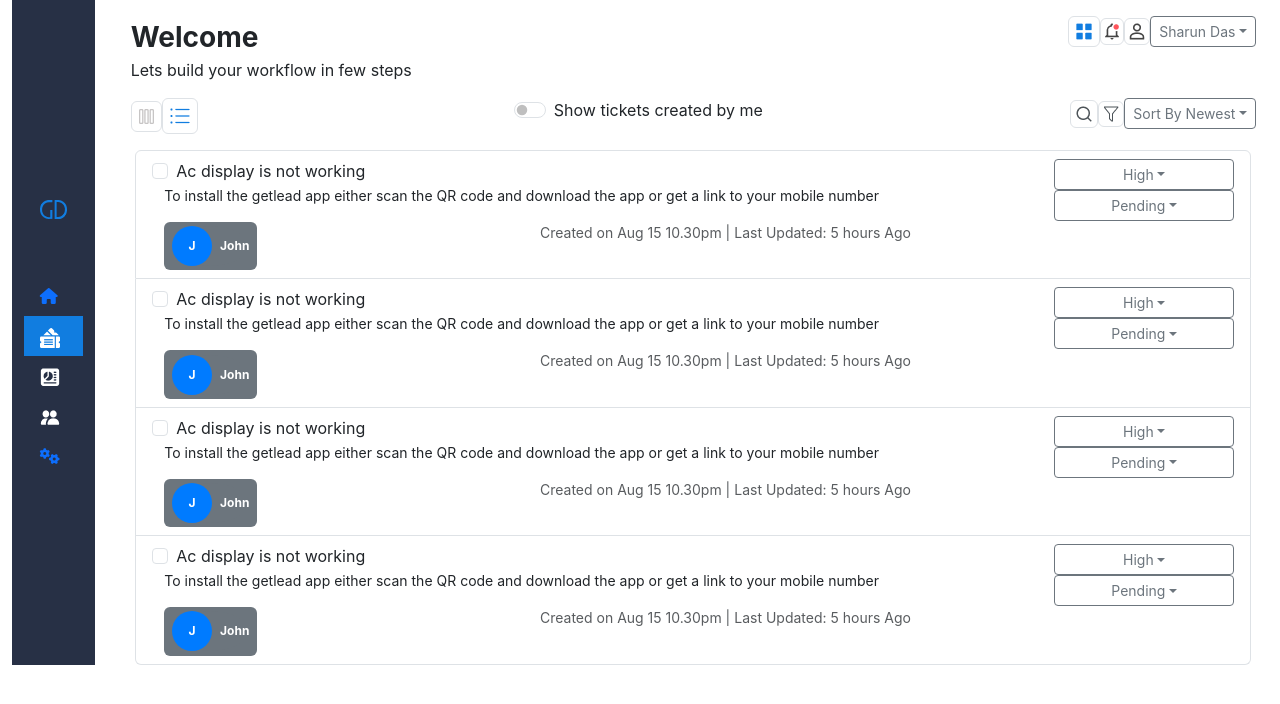
Repository: rishikarajeev/GL_HelpDesk
Page: /showtickets
These files come from the project's save history. The page is drawn as it stood at one moment and after the next save; the edit follows.
The browser window is 1280 px wide. The pictures show the whole page.
The project was rebuilt for these pictures with package versions that can differ from the ones it lists, and the page was loaded fresh each time. Also part of the build but not shown: src/App.css, src/Pages/HomePage.jsx.

Above is the page before, as saved 2024-01-09 14:26:47.

### public/index.html
<!DOCTYPE html>
<html lang="en">
  <head>
    <meta charset="utf-8" />
    <link rel="icon" href="%PUBLIC_URL%/favicon.ico" />
    <meta name="viewport" content="width=device-width, initial-scale=1" />
    <meta name="theme-color" content="#000000" />
    <meta
      name="description"
      content="Web site created using create-react-app"
    />
    <link rel="apple-touch-icon" href="%PUBLIC_URL%/logo192.png" />
    <link href="https://cdn.jsdelivr.net/npm/bootstrap@5.3.2/dist/css/bootstrap.min.css" rel="stylesheet" integrity="sha384-T3c6CoIi6uLrA9TneNEoa7RxnatzjcDSCmG1MXxSR1GAsXEV/Dwwykc2MPK8M2HN" crossorigin="anonymous">
   <script src="https://cdn.jsdelivr.net/npm/bootstrap@5.3.2/dist/js/bootstrap.bundle.min.js" integrity="sha384-C6RzsynM9kWDrMNeT87bh95OGNyZPhcTNXj1NW7RuBCsyN/o0jlpcV8Qyq46cDfL" crossorigin="anonymous"></script>

   <!--
      manifest.json provides metadata used when your web app is installed on a
      user's mobile device or desktop. See https://developers.google.com/web/fundamentals/web-app-manifest/
    -->
    <link rel="manifest" href="%PUBLIC_URL%/manifest.json" />
    <!--
      Notice the use of %PUBLIC_URL% in the tags above.
      It will be replaced with the URL of the `public` folder during the build.
      Only files inside the `public` folder can be referenced from the HTML.

      Unlike "/favicon.ico" or "favicon.ico", "%PUBLIC_URL%/favicon.ico" will
      work correctly both with client-side routing and a non-root public URL.
      Learn how to configure a non-root public URL by running `npm run build`.
    -->
    <title>React App</title>
  </head>
  <body>
    <noscript>You need to enable JavaScript to run this app.</noscript>
    <div id="root"></div>
    <!--
      This HTML file is a template.
      If you open it directly in the browser, you will see an empty page.

      You can add webfonts, meta tags, or analytics to this file.
      The build step will place the bundled scripts into the <body> tag.

      To begin the development, run `npm start` or `yarn start`.
      To create a production bundle, use `npm run build` or `yarn build`.
    -->
  </body>
</html>

### src/index.js
import React from "react";
import ReactDOM from "react-dom/client";
import "./index.css";
import App from "./App";
import reportWebVitals from "./reportWebVitals";


const root = ReactDOM.createRoot(document.getElementById("root"));
root.render(<App />);

// If you want to start measuring performance in your app, pass a function
// to log results (for example: reportWebVitals(console.log))
// or send to an analytics endpoint. Learn more: https://bit.ly/CRA-vitals
reportWebVitals();

### src/App.js
import logo from "./logo.svg";
import "./App.css";

import { BrowserRouter,Route,Routes } from "react-router-dom";
import ViewTickets from "./Pages/ViewTickets";
import HomePage from "./Pages/HomePage";
import SideBar from "./Components/SideBar";
import { Container, Row, Col } from "react-bootstrap";
import Header from "./Components/Header";


function App() {
  return (
    <BrowserRouter>
<Container fluid>
     <Row>
          <Col xl={1} >
            <SideBar />
            </Col>
            <Col xl={11}>
            <Header/>
            <Routes>
              <Route path="/" element={<HomePage />}></Route>
              <Route path="/showtickets" element={<ViewTickets />}></Route>
            </Routes>
            </Col>



         </Row>
       </Container>


    </BrowserRouter>
  );
}

export default App;

### src/Pages/ViewTickets.jsx
import React from "react";

import "../Assets/Css/Styles.css";
import UserBadge from "../Components/UserBadge";
import Header from "../Components/Header";

function ViewTickets() {
  const userName = "John";

  return (

    <div className="container bg-white">

    <ol className="list-group">
      <li className="list-group-item d-flex justify-content-between align-items-start">
        <div className="container">
          <div className="row">
            <div className="col-10">
              <div className="row">
                <div className="form-check">
                  <input
                    className="form-check-input"
                    type="checkbox"
                    value=""
                    id="flexCheckDefault"
                  />
                  <label className="form-check-label" htmlFor="flexCheckDefault">
                    Ac display is not working
                  </label>
                </div>
              </div>
              <div className="row">
                <p className="small text-wrap">
                  To install the getlead app either scan the QR code and
                  download the app or get a link to your mobile number
                </p>
              </div>
              <div className="row">
                <div className="col-5">
                  <UserBadge name={userName} />
                </div>
                <div className="col-7 float-right">
                  <p className="text-muted small">
                    Created on Aug 15 10.30pm | Last Updated: 5 hours Ago
                  </p>
                </div>
              </div>
            </div>
            <div className="col-2">
              <div className="row">
                <button
                  className="btn btn-outline-secondary btn-sm dropdown-toggle"
                  type="button"
                  data-bs-toggle="dropdown"
                  aria-expanded="false"
                >
                  High
                </button>

                <button
                  className="btn btn-outline-secondary btn-sm dropdown-toggle"
                  type="button"
                  data-bs-toggle="dropdown"
                  aria-expanded="false"
                >
                  Pending
                </button>
              </div>
            </div>
          </div>
        </div>
      </li>
      <li className="list-group-item d-flex justify-content-between align-items-start">
        <div className="container">
          <div className="row">
            <div className="col-10">
              <div className="row">
                <div className="form-check">
                  <input
                    className="form-check-input"
                    type="checkbox"
                    value=""
                    id="flexCheckDefault"
                  />
                  <label className="form-check-label" htmlFor="flexCheckDefault">
                    Ac display is not working
                  </label>
                </div>
              </div>
              <div className="row">
                <p className="small text-wrap">
                  To install the getlead app either scan the QR code and
                  download the app or get a link to your mobile number
                </p>
              </div>
              <div className="row">
                <div className="col-5">
                  <UserBadge name={userName} />
                </div>
                <div className="col-7 float-right">
                  <p className="text-muted small">
                    Created on Aug 15 10.30pm | Last Updated: 5 hours Ago
                  </p>
                </div>
              </div>
            </div>
            <div className="col-2">
              <div className="row">
                <button
                  className="btn btn-outline-secondary btn-sm dropdown-toggle"
                  type="button"
                  data-bs-toggle="dropdown"
                  aria-expanded="false"
                >
                  High
                </button>

                <button
                  className="btn btn-outline-secondary btn-sm dropdown-toggle"
                  type="button"
                  data-bs-toggle="dropdown"
                  aria-expanded="false"
                >
                  Pending
                </button>
              </div>
            </div>
          </div>
        </div>
      </li>
      <li className="list-group-item d-flex justify-content-between align-items-start">
        <div className="container">
          <div className="row">
            <div className="col-10">
              <div className="row">
                <div className="form-check">
                  <input
                    className="form-check-input"
                    type="checkbox"
                    value=""
                    id="flexCheckDefault"
                  />
                  <label className="form-check-label" htmlFor="flexCheckDefault">
                    Ac display is not working
                  </label>
                </div>
              </div>
              <div className="row">
                <p className="small text-wrap">
                  To install the getlead app either scan the QR code and
                  download the app or get a link to your mobile number
                </p>
              </div>
              <div className="row">
                <div className="col-5">
                  <UserBadge name={userName} />
                </div>
                <div className="col-7 float-right">
                  <p className="text-muted small">
                    Created on Aug 15 10.30pm | Last Updated: 5 hours Ago
                  </p>
                </div>
              </div>
            </div>
            <div className="col-2">
              <div className="row">
                <button
                  className="btn btn-outline-secondary btn-sm dropdown-toggle"
                  type="button"
                  data-bs-toggle="dropdown"
                  aria-expanded="false"
                >
                  High
                </button>

                <button
                  className="btn btn-outline-secondary btn-sm dropdown-toggle"
                  type="button"
                  data-bs-toggle="dropdown"
                  aria-expanded="false"
                >
                  Pending
                </button>
              </div>
            </div>
          </div>
        </div>
      </li>
      <li className="list-group-item d-flex justify-content-between align-items-start">
        <div className="container">
          <div className="row">
            <div className="col-10">
              <div className="row">
                <div className="form-check">
                  <input
                    className="form-check-input"
                    type="checkbox"
                    value=""
                    id="flexCheckDefault"
                  />
                  <label className="form-check-label" htmlFor="flexCheckDefault">
                    Ac display is not working
                  </label>
                </div>
              </div>
              <div className="row">
                <p className="small text-wrap">
                  To install the getlead app either scan the QR code and
                  download the app or get a link to your mobile number
                </p>
              </div>
              <div className="row">
                <div className="col-5">
                  <UserBadge name={userName} />
                </div>
                <div className="col-7 float-right">
                  <p className="text-muted small">
                    Created on Aug 15 10.30pm | Last Updated: 5 hours Ago
                  </p>
                </div>
              </div>
            </div>
            <div className="col-2">
              <div className="row">
                <button
                  className="btn btn-outline-secondary btn-sm dropdown-toggle"
                  type="button"
                  data-bs-toggle="dropdown"
                  aria-expanded="false"
                >
                  High
                </button>

                <button
                  className="btn btn-outline-secondary btn-sm dropdown-toggle"
                  type="button"
                  data-bs-toggle="dropdown"
                  aria-expanded="false"
                >
                  Pending
                </button>
              </div>
            </div>
          </div>
        </div>
      </li>
    </ol>
  </div>

  );
}

export default ViewTickets;

### src/Components/SideBar.jsx
import React from "react";

import "@fortawesome/fontawesome-free/css/all.min.css";
import ticketIcon from "../Assets//Images/Layer_1.png";
import logo from "../Assets//Images/logo.png";
import profile from "../Assets//Images/profile_icon.png";
import filemanagr from "../Assets//Images/Frame.png";
import "../Assets/Css/Styles.css";

function SideBar() {
  return (
    <nav class="navbar navbar-expand-lg navbar-dark sideBg  d-flex flex-column h-100 ">
      <button
        class="navbar-toggler"
        type="button"
        data-toggle="collapse"
        data-target="#sidebar"
        aria-controls="sidebar"
        aria-expanded="false"
        aria-label="Toggle navigation"
      >
        <span class="navbar-toggler-icon"></span>
      </button>

      <div class="collapse navbar-collapse" id="sidebar">

        <ul class="nav  flex-column " >
        <li class="nav-item mb-5 ">
            <a class="nav-link active" href="/">
            <img src={logo} alt="Home Icon" className="icon" />
            </a>
          </li>
          <li class="nav-item">
            <a class="nav-link active" href="/">
              <i class="fas fa-home"></i>
            </a>
          </li>
          <li class="nav-item  selectedColor">
            <a className="nav-link active" href="/showtickets">
              <img src={ticketIcon} alt="Home Icon" className="icon" />
            </a>
          </li>
          <li class="nav-item  ">
            <a className="nav-link active" href="#">
              <img src={filemanagr} alt="Home Icon" className="icon" />
            </a>
          </li>
          <li class="nav-item  ">
            <a className="nav-link active" href="#">
              <img src={profile} alt="Home Icon" className="icon" />
            </a>
          </li>
          <li class="nav-item">
            <a class="nav-link" href="#">
              <i class="fas fa-cogs"></i>
            </a>
          </li>

        </ul>
      </div>
    </nav>
  );
}

export default SideBar;

### src/Components/Header.jsx
import React from "react";
import column_icon from "../Assets/Images/fluent_column-triple-20-regular.png";
import list_icon from "../Assets/Images/ph_list-bullets-light.png";
import search_icon from "../Assets/Images/ri_search-line.png";
import menu_icon from "../Assets/Images/ep_menu.png";
import filter_icon from "../Assets/Images/cil_filter.png";
import notificatn_icon from "../Assets/Images/Group 10.png";
import user_icon from "../Assets/Images/ooui_user-avatar-outline.png";
import { Container, Row, Col, Navbar, Nav } from "react-bootstrap";

function Header() {
  return (
    <Container fluid>
      <Row className=" justify-content-end mt-3 mb-3" >
        <Col sm={8}>
          <Row>
            <a class="navbar-brand fs-3 fw-bolder" href="#">
              Welcome{" "}
            </a>
          </Row>
          <Row>
            <span>Lets build your workflow in few steps</span>
          </Row>
        </Col>

        <Col sm={4}  className="text-end">
          <img src={menu_icon} alt="Local Icon" className="img-thumbnail" />
          <img
            src={notificatn_icon}
            alt="Local Icon"
            className="img-thumbnail"
          />
          <img src={user_icon} alt="Local Icon" className="img-thumbnail" />
          <button
            class="btn btn-outline-secondary btn-sm dropdown-toggle "
            type="button"
            data-bs-toggle="dropdown"
            aria-expanded="false"
          >
            Sharun Das
          </button>
        </Col>
      </Row>

      <Row className=" mt-3 mb-3">
        <Col>
          <img src={column_icon} alt="Local Icon" className="img-thumbnail" />

          <img src={list_icon} className="img-thumbnail" />
        </Col>
        <Col>
          <div class="form-check form-switch">
            <label class="form-check-label" for="flexSwitchCheckDefault">
              Show tickets created by me
            </label>

            <input
              class="form-check-input"
              type="checkbox"
              role="switch"
              id="flexSwitchCheckDefault"
            />
          </div>
        </Col>
        <Col className="text-end">
          <img src={search_icon} alt="Local Icon" className="img-thumbnail" />
          <img src={filter_icon} alt="Local Icon" className="img-thumbnail" />
          <button
            class="btn btn-outline-secondary btn-sm dropdown-toggle "
            type="button"
            data-bs-toggle="dropdown"
            aria-expanded="false"
          >
            Sort By Newest
          </button>
        </Col>
      </Row>
    </Container>
  );
}

export default Header;

### src/Assets/Css/Styles.css
.sideBg{
    background-color:  #273045;
    padding: 3;
}
.selectedColor{
    background-color:  #117DE0;

}
.bgColor{
    background-color:  #EFEFEF;

}
.fluent-column-triple {
  height: 21px;
  position: relative;
  width: 21px;
}

.fluent-column-triple .vector {
  height: 15px;
  left: 3px;
  position: absolute;
  top: 3px;
  width: 15px;
}
.ri-search-line {
    height: 18px;
    position: relative;
    width: 18px;
  }

  .ri-search-line .vector {
    height: 15px;
    left: 2px;
    position: absolute;
    top: 2px;
    width: 15px;
  }

  .circle-icon {
    width: 40px;
    height: 40px;
    border-radius: 50%;
    background-color: #007BFF; /* Choose your desired background color */
    display: flex;
    align-items: center;
    justify-content: center;
    color: #fff; /* Choose your desired text color */
  }

### src/Components/UserBadge.jsx
// UserBadge.js
import React from 'react';
import { Badge } from 'react-bootstrap';
import "../Assets/Css/Styles.css"



const UserBadge = ({ name }) => {
  const initials = name
    .split(' ')
    .map((word) => word[0])
    .join('');

  return (
    <div>
      <Badge bg="secondary">
      <div className="rounded-circle bg-secondary text-white d-flex align-items-center justify-content-center">

        <div className="circle-icon"> <span >{initials} </span> </div>
        <span className="ms-2">{name}</span>
        </div>
      </Badge>


    </div>
  );
};

export default UserBadge;

Loaded but not shown: src/index.css (common file); src/reportWebVitals.js (common file)

After the next save:
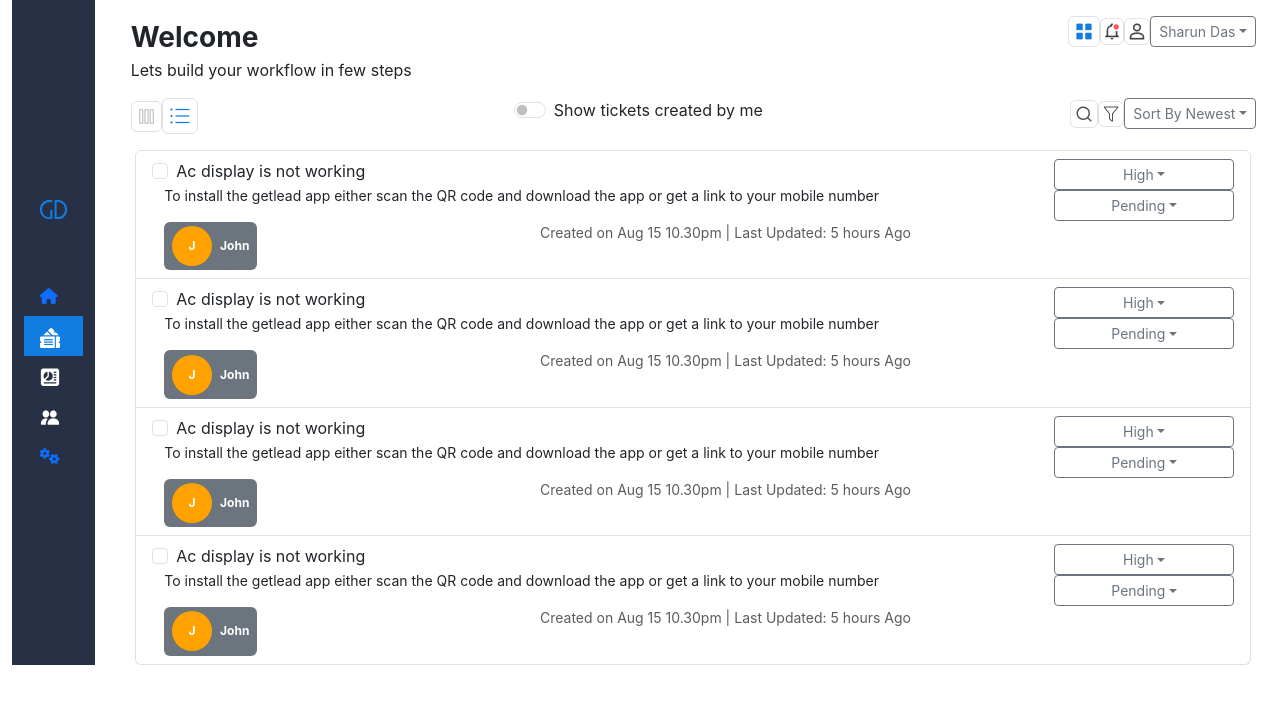
Saved 18 s later.
--- a/src/Assets/Css/Styles.css
+++ b/src/Assets/Css/Styles.css
@@ -41,7 +41,7 @@
     width: 40px;
     height: 40px;
     border-radius: 50%;
-    background-color: #007BFF; /* Choose your desired background color */
+    background-color: #ffa200; /* Choose your desired background color */
     display: flex;
     align-items: center;
     justify-content: center;
